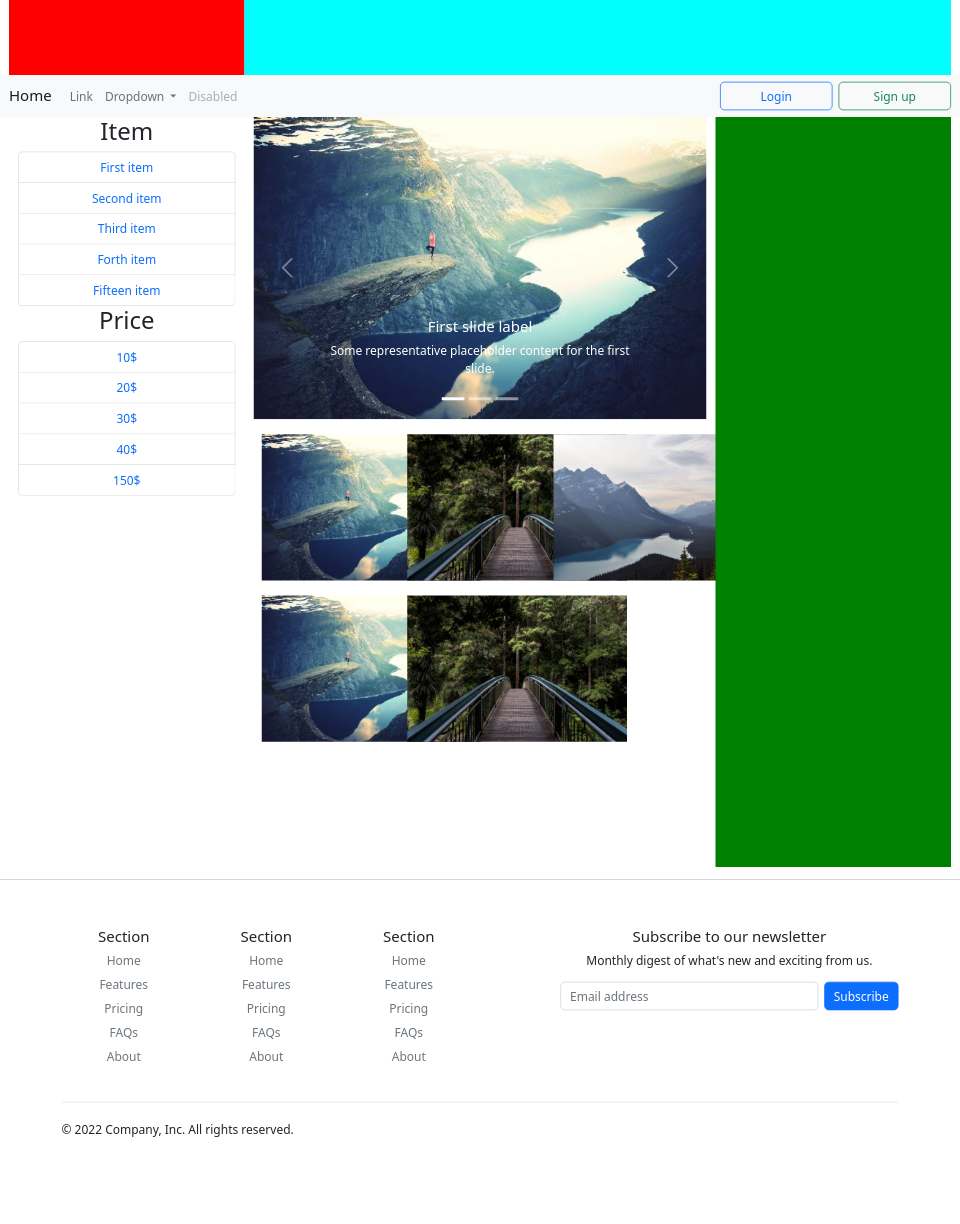
Repository: nguyenhung50497/MD2_bootstrap
Page: BT_giaoDienWeb/index.html
An editor plug-in stored every save of this project. The page is shown before and after the next save, followed by the edit.
The browser window is 1280 px wide. The pictures show the whole page, at 75% of full size.

Above is the page before, as saved 2022-11-30 14:21:52.

### BT_giaoDienWeb/index.html
<!DOCTYPE html>
<html lang="en">
<head>
    <meta charset="UTF-8">
    <meta http-equiv="X-UA-Compatible" content="IE=edge">
    <meta name="viewport" content="width=device-width, initial-scale=1.0">
    <link href="https://cdn.jsdelivr.net/npm/bootstrap@5.2.3/dist/css/bootstrap.min.css" rel="stylesheet" integrity="sha384-rbsA2VBKQhggwzxH7pPCaAqO46MgnOM80zW1RWuH61DGLwZJEdK2Kadq2F9CUG65" crossorigin="anonymous">
    <script src="https://cdn.jsdelivr.net/npm/bootstrap@5.2.3/dist/js/bootstrap.bundle.min.js" integrity="sha384-kenU1KFdBIe4zVF0s0G1M5b4hcpxyD9F7jL+jjXkk+Q2h455rYXK/7HAuoJl+0I4" crossorigin="anonymous"></script>
    <title>Document</title>
</head>
<style>
    .logo {
        background-color: red;
        height: 100px;
    }
    .anhBia {
        background-color: aqua;
        height: 100px;
    }
    .right {
        background-color: green;
        height: 1000px;
    }
    a {
        text-decoration: none;
    }
    .contentImg {
        padding: 10px;
        margin-left: -55px;
    }
    .contentImg > div > a > img {
        margin: 10px 10px;
        height: 195px;
    }
</style>
<body>
<center>
    <div>
    <header class="container-fluid row">
        <div class="col-lg-3 logo">
            <img src="" alt="">
        </div>
        <div class="col-lg-9 anhBia">
            <img src="" alt="">
        </div>
    </header>
    <nav class="navbar navbar-expand-lg bg-light">
        <div class="container-fluid">
          <a class="navbar-brand" href="#">Home</a>
          <button class="navbar-toggler" type="button" data-bs-toggle="collapse" data-bs-target="#navbarSupportedContent" aria-controls="navbarSupportedContent" aria-expanded="false" aria-label="Toggle navigation">
            <span class="navbar-toggler-icon"></span>
          </button>
          <div class="collapse navbar-collapse" id="navbarSupportedContent">
            <ul class="navbar-nav me-auto mb-2 mb-lg-0">
              <li class="nav-item">
                <a class="nav-link" href="#">Link</a>
              </li>
              <li class="nav-item dropdown">
                <a class="nav-link dropdown-toggle" href="#" role="button" data-bs-toggle="dropdown" aria-expanded="false">
                  Dropdown
                </a>
                <ul class="dropdown-menu">
                  <li><a class="dropdown-item" href="#">Action</a></li>
                  <li><a class="dropdown-item" href="#">Another action</a></li>
                  <li><hr class="dropdown-divider"></li>
                  <li><a class="dropdown-item" href="#">Something else here</a></li>
                </ul>
              </li>
              <li class="nav-item">
                <a class="nav-link disabled">Disabled</a>
              </li>
            </ul>
            <form class="d-flex" role="search">
              <button class="form-control me-2 btn btn-outline-primary" style="width: 150px;">Login</button>
              <button class="btn btn-outline-success" type="submit" style="width: 150px;">Sign up</button>
            </form>
          </div>
        </div>
      </nav>
    <div class="container-fluid row">
        <aside class="col-lg-3 left">
            <h2>Item</h2>
            <ul class="list-group">
                <li class="list-group-item"><a href="">First item</a></li>
                <li class="list-group-item"><a href="">Second item</a></li>
                <li class="list-group-item"><a href="">Third item</a></li>
                <li class="list-group-item"><a href="">Forth item</a></li>
                <li class="list-group-item"><a href="">Fifteen item</a></li>
            </ul>
            <h2>Price</h2>
            <ul class="list-group">
                <li class="list-group-item"><a href="">10$</a></li>
                <li class="list-group-item"><a href="">20$</a></li>
                <li class="list-group-item"><a href="">30$</a></li>
                <li class="list-group-item"><a href="">40$</a></li>
                <li class="list-group-item"><a href="">150$</a></li>
            </ul>
        </aside>
        <section class="col-lg-6 content con">
            <div id="carouselExampleCaptions" class="carousel slide" data-bs-ride="false">
                <div class="carousel-indicators">
                  <button type="button" data-bs-target="#carouselExampleCaptions" data-bs-slide-to="0" class="active" aria-current="true" aria-label="Slide 1"></button>
                  <button type="button" data-bs-target="#carouselExampleCaptions" data-bs-slide-to="1" aria-label="Slide 2"></button>
                  <button type="button" data-bs-target="#carouselExampleCaptions" data-bs-slide-to="2" aria-label="Slide 3"></button>
                </div>
                <div class="carousel-inner">
                  <div class="carousel-item active">
                    <img src="anh1.jpg" class="d-block w-100" alt="Anh 1">
                    <div class="carousel-caption d-none d-md-block">
                      <h5>First slide label</h5>
                      <p>Some representative placeholder content for the first slide.</p>
                    </div>
                  </div>
                  <div class="carousel-item">
                    <img src="anh2.jpg" class="d-block w-100" alt="Anh 2">
                    <div class="carousel-caption d-none d-md-block">
                      <h5>Second slide label</h5>
                      <p>Some representative placeholder content for the second slide.</p>
                    </div>
                  </div>
                  <div class="carousel-item">
                    <img src="anh3.jpg" class="d-block w-100" alt="Anh 3">
                    <div class="carousel-caption d-none d-md-block">
                      <h5>Third slide label</h5>
                      <p>Some representative placeholder content for the third slide.</p>
                    </div>
                  </div>
                </div>
                <button class="carousel-control-prev" type="button" data-bs-target="#carouselExampleCaptions" data-bs-slide="prev">
                  <span class="carousel-control-prev-icon" aria-hidden="true"></span>
                  <span class="visually-hidden">Previous</span>
                </button>
                <button class="carousel-control-next" type="button" data-bs-target="#carouselExampleCaptions" data-bs-slide="next">
                  <span class="carousel-control-next-icon" aria-hidden="true"></span>
                  <span class="visually-hidden">Next</span>
                </button>
            </div>
            <div class="container-fluid row contentImg">
                <div class="col-lg-4"><a href=""><img src="anh1.jpg" alt=""></a></div>
                <div class="col-lg-4"><a href=""><img src="anh2.jpg" alt=""></a></div>
                <div class="col-lg-4"><a href=""><img src="anh3.jpg" alt=""></a></div>
                <div class="col-lg-4"><a href=""><img src="anh1.jpg" alt=""></a></div>
                <div class="col-lg-4"><a href=""><img src="anh2.jpg" alt=""></a></div>
            </div>
        </section>
        <aside class="col-lg-3 right"></aside>
    </div>
    <hr>
    <div class="container">
        <footer class="py-5">
          <div class="row">
            <div class="col-6 col-md-2 mb-3">
              <h5>Section</h5>
              <ul class="nav flex-column">
                <li class="nav-item mb-2"><a href="#" class="nav-link p-0 text-muted">Home</a></li>
                <li class="nav-item mb-2"><a href="#" class="nav-link p-0 text-muted">Features</a></li>
                <li class="nav-item mb-2"><a href="#" class="nav-link p-0 text-muted">Pricing</a></li>
                <li class="nav-item mb-2"><a href="#" class="nav-link p-0 text-muted">FAQs</a></li>
                <li class="nav-item mb-2"><a href="#" class="nav-link p-0 text-muted">About</a></li>
              </ul>
            </div>

            <div class="col-6 col-md-2 mb-3">
              <h5>Section</h5>
              <ul class="nav flex-column">
                <li class="nav-item mb-2"><a href="#" class="nav-link p-0 text-muted">Home</a></li>
                <li class="nav-item mb-2"><a href="#" class="nav-link p-0 text-muted">Features</a></li>
                <li class="nav-item mb-2"><a href="#" class="nav-link p-0 text-muted">Pricing</a></li>
                <li class="nav-item mb-2"><a href="#" class="nav-link p-0 text-muted">FAQs</a></li>
                <li class="nav-item mb-2"><a href="#" class="nav-link p-0 text-muted">About</a></li>
              </ul>
            </div>

            <div class="col-6 col-md-2 mb-3">
              <h5>Section</h5>
              <ul class="nav flex-column">
                <li class="nav-item mb-2"><a href="#" class="nav-link p-0 text-muted">Home</a></li>
                <li class="nav-item mb-2"><a href="#" class="nav-link p-0 text-muted">Features</a></li>
                <li class="nav-item mb-2"><a href="#" class="nav-link p-0 text-muted">Pricing</a></li>
                <li class="nav-item mb-2"><a href="#" class="nav-link p-0 text-muted">FAQs</a></li>
                <li class="nav-item mb-2"><a href="#" class="nav-link p-0 text-muted">About</a></li>
              </ul>
            </div>

            <div class="col-md-5 offset-md-1 mb-3">
              <form>
                <h5>Subscribe to our newsletter</h5>
                <p>Monthly digest of what's new and exciting from us.</p>
                <div class="d-flex flex-column flex-sm-row w-100 gap-2">
                  <label for="newsletter1" class="visually-hidden">Email address</label>
                  <input id="newsletter1" type="text" class="form-control" placeholder="Email address">
                  <button class="btn btn-primary" type="button">Subscribe</button>
                </div>
              </form>
            </div>
          </div>

          <div class="d-flex flex-column flex-sm-row justify-content-between py-4 my-4 border-top">
            <p>&copy; 2022 Company, Inc. All rights reserved.</p>
            <ul class="list-unstyled d-flex">
              <li class="ms-3"><a class="link-dark" href="#"><svg class="bi" width="24" height="24"><use xlink:href="#twitter"/></svg></a></li>
              <li class="ms-3"><a class="link-dark" href="#"><svg class="bi" width="24" height="24"><use xlink:href="#instagram"/></svg></a></li>
              <li class="ms-3"><a class="link-dark" href="#"><svg class="bi" width="24" height="24"><use xlink:href="#facebook"/></svg></a></li>
            </ul>
          </div>
        </footer>
      </div>
    </div>
</center>
</body>
</html>

After the next save:
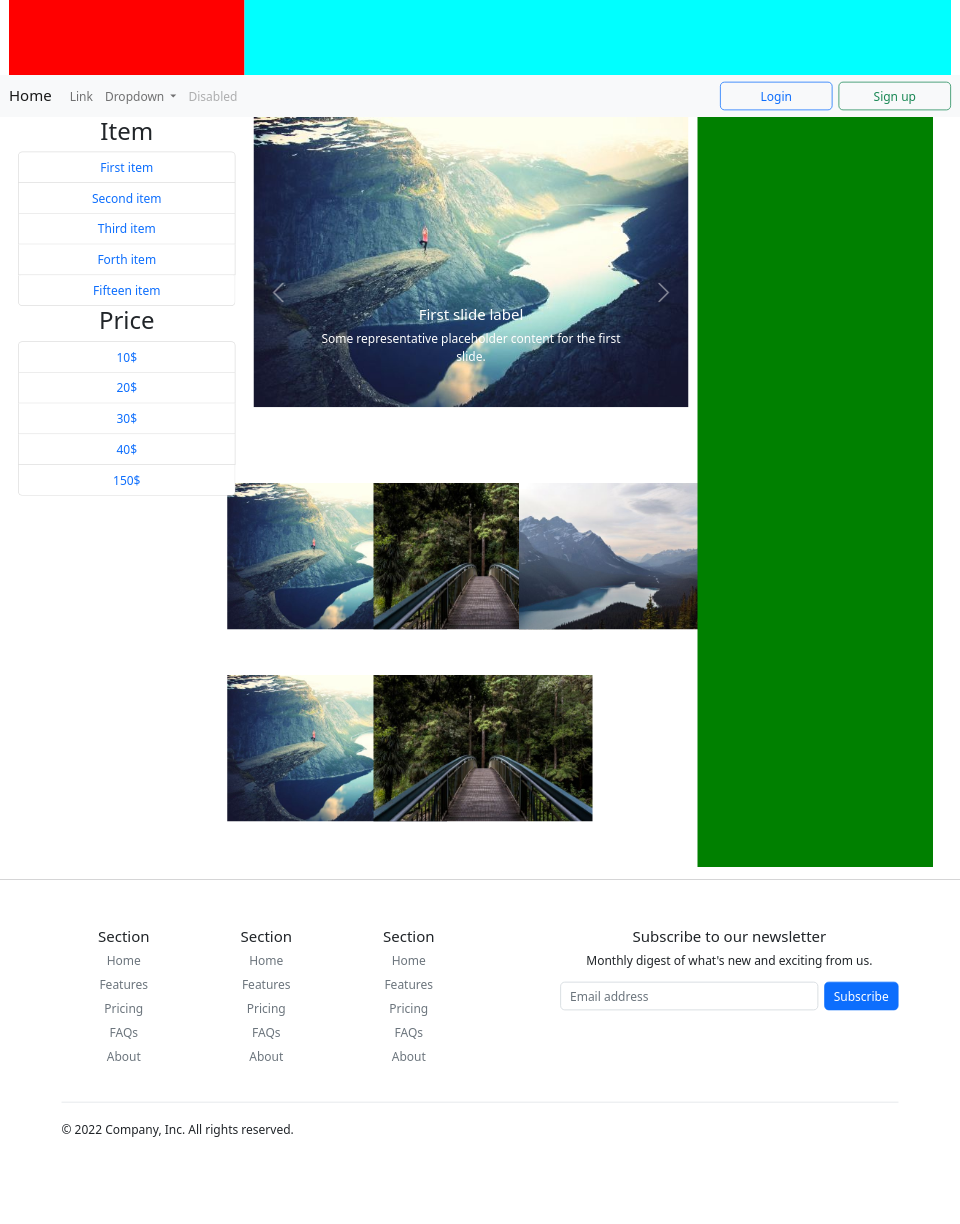
Saved 6 s later.
--- a/BT_giaoDienWeb/index.html
+++ b/BT_giaoDienWeb/index.html
@@ -96,7 +96,7 @@
                 <li class="list-group-item"><a href="">150$</a></li>
             </ul>
         </aside>
-        <section class="col-lg-6 content con">
+        <section class="col-lg-6 content container-fluid row">
             <div id="carouselExampleCaptions" class="carousel slide" data-bs-ride="false">
                 <div class="carousel-indicators">
                   <button type="button" data-bs-target="#carouselExampleCaptions" data-bs-slide-to="0" class="active" aria-current="true" aria-label="Slide 1"></button>
